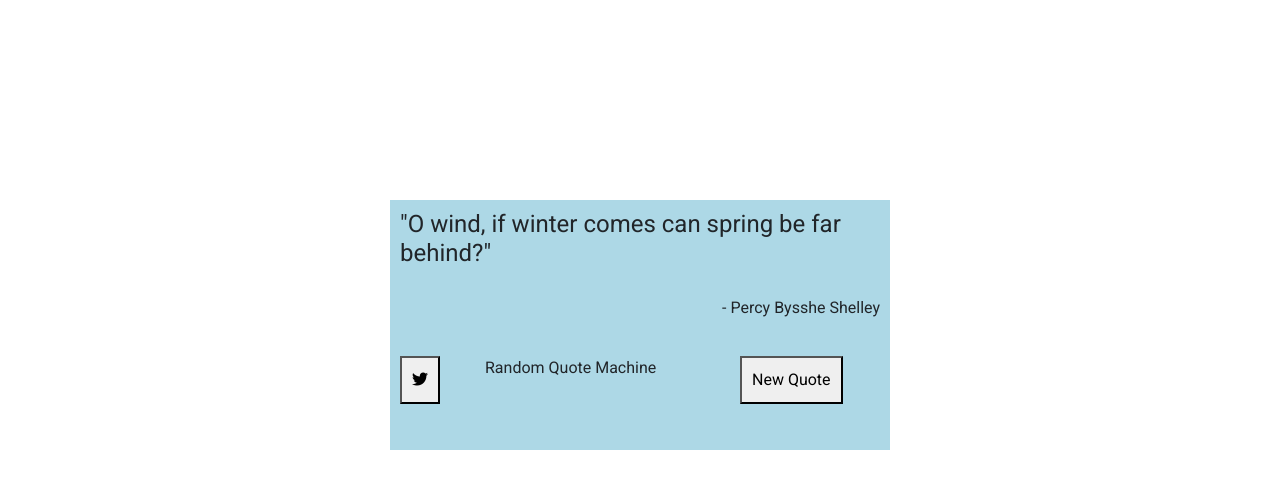
Repository: derektypist/random-quote-machine
Page: index.html
The author's editor kept a record of every edit. The page is drawn from the files as they stood at one moment, then again after the next edit.
The browser window is 1280 px wide. The pictures show the whole page.
Some web libraries are served in a nearby version.

Above is the page before.

### index.html
<!DOCTYPE html>
<html lang="en">

<head>
    <meta charset="UTF-8">
    <meta name="viewport" content="width=device-width, initial-scale=1.0">
    <meta http-equiv="X-UA-Compatible" content="ie=edge">
    <title>Random Quote Machine</title>
    <!-- Load Style Sheets -->
    <link rel="stylesheet" href="https://maxcdn.bootstrapcdn.com/bootstrap/4.4.1/css/bootstrap.min.css" integrity="sha384-Vkoo8x4CGsO3+Hhxv8T/Q5PaXtkKtu6ug5TOeNV6gBiFeWPGFN9MuhOf23Q9Ifjh" crossorigin="anonymous">
    <link rel="stylesheet" href="https://use.fontawesome.com/releases/v5.8.1/css/all.css" integrity="sha384-50oBUHEmvpQ+1lW4y57PTFmhCaXp0ML5d60M1M7uH2+nqUivzIebhndOJK28anvf" crossorigin="anonymous">
    <link href="https://fonts.googleapis.com/css?family=Roboto&display=swap" rel="stylesheet">
    <style>
        /* Quote Box */

        #quote-box {
            font-family: "Roboto", Arial, Verdana, sans-serif;
            background-color: lightblue;
            display: block;
            position: relative;
            top: 200px;
            height: 250px;
            width: 500px;
            margin: auto;

        }

        #text {
            padding: 10px;
        }

        #author {
            text-align: right;
            padding: 10px;
        }

        #my-buttons {
            padding: 10px;
        }

        #tweet-quote button {
            text-align: center;
            padding: 10px;

        }

        #tweet-quote:hover button {
            background-color: orange;
        }

        #new-quote {
            padding: 10px;
        }
    </style>

    <!-- Load Scripts -->
    <script src="https://ajax.googleapis.com/ajax/libs/jquery/3.4.1/jquery.min.js"></script>
    <script>
        // Define Function for New Quote
        function displayNewQuote() {
            // Set Up Random Index

            let randomIndex = Math.floor(Math.random() * 13);

            // Set Up Constants

            const possibleText = ["&quotHope smiles from the threshold of the year to come whispering.  It will be happier.&quot",
                "&quotO wind, if winter comes can spring be far behind?&quot",
                "&quotSpring is nature's way of saying 'Let's Party'&quot",
                "&quotSweet April showers do spring May Flowers.&quot",
                "&quotAs full of spirit as the month of May, and as gorgeous as the sun in Midsummer.&quot",
                "&quotThere are two seasons in Scotland: June and Winter.&quot",
                "&quotPeople don't notice whether it's winter or summer when they're happy.&quot",
                "&quotSummer Afternoon---summer afternoon; to me those have always been the first two beautiful words in the English Language.&quot",
                "&quotAutumn is a second spring when every leaf is a flower.&quot",
                "&quotIn seed time learn, in harvest teach, in winter enjoy.&quot",
                "&quotWinter is the time for comfort, for good food and warmth, for the touch of a friendly hand and a talk beside the fire: it is time for home.&quot",
                "&quotThank you for your kind words.&quot",
                "&quotIt looks as though you had a great time Derek.&quot"
            ];
            const text = possibleText[randomIndex];
            const possibleAuthors = ["Alfred Lord Tennyson",
                "Percy Bysshe Shelley",
                "Robin Williams",
                "Thomas Tusser",
                "William Shakespeare",
                "Billy Connolly",
                "Anton Chekhov",
                "Henry James",
                "Albert Camus",
                "William Blake",
                "Edith Sitwell",
                "Daphne Pink",
                "Andrea Harrison"
            ];
            const author = possibleAuthors[randomIndex];


            // Display Text (Quote) and Author
            $("#text").html(`<h4>${text}</h4>`);
            $("#author").html(`<p>- ${author}</p>`);


            // Set Up Tweet Quote
            let tweetQuote = text + " " + author;
            $("#tweet-quote").html(
                `<a href="https://twitter.com/intent/tweet?hashtags=quotes${tweetQuote}" target="_blank" title="Tweet">
                    <button type="button">
                        <i class="fab fa-twitter"></i>
                    </button>
                </a>`
            );
        }




        $(document).ready(displayNewQuote);
    </script>

</head>

<body>
    <!-- Set Up Quote Box with Text and Author -->
    <article id="quote-box">
        <article id="text">
        </article>
        <article id="author">
        </article>
        <!-- Set Up Row -->
        <article class="row" id="my-buttons">
            <article class="col-sm-2" id="tweet-quote">
            </article>

            <article class="col-sm-6">
                <!-- Display Title (Random Quote Machine) -->
                <p>Random Quote Machine</p>
            </article>

            <article class="col-sm-4">
                <!-- Set Up New Quote Button -->
                <button onclick="displayNewQuote()" title="New Quote" id="new-quote">New Quote</button>
            </article>

        </article>



    </article>



</body>

</html>

After the next edit:
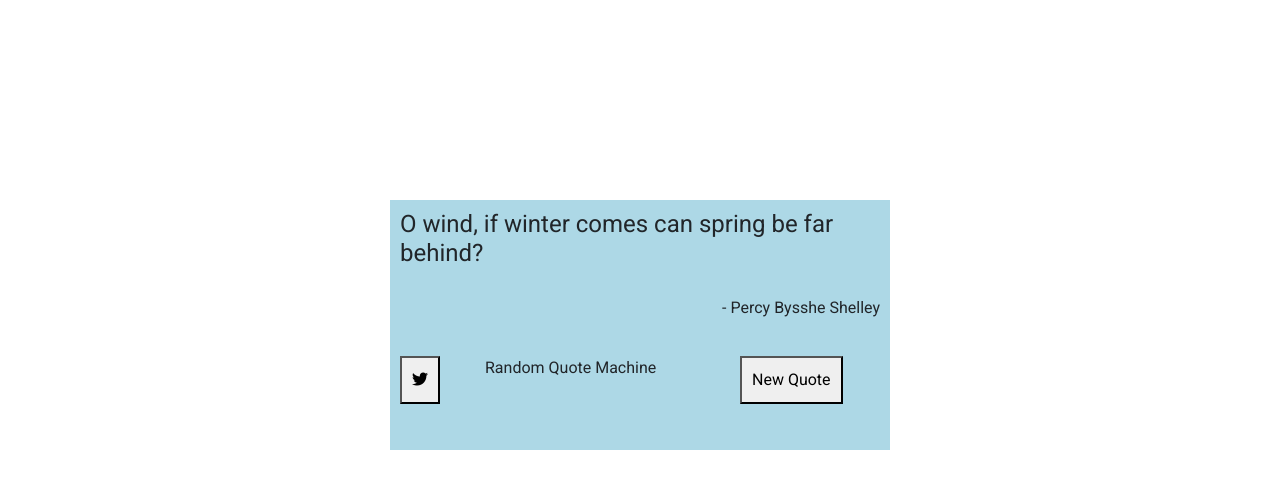
The edit:
--- a/index.html
+++ b/index.html
@@ -64,19 +64,19 @@
 
             // Set Up Constants
 
-            const possibleText = ["&quotHope smiles from the threshold of the year to come whispering.  It will be happier.&quot",
-                "&quotO wind, if winter comes can spring be far behind?&quot",
-                "&quotSpring is nature's way of saying 'Let's Party'&quot",
-                "&quotSweet April showers do spring May Flowers.&quot",
-                "&quotAs full of spirit as the month of May, and as gorgeous as the sun in Midsummer.&quot",
-                "&quotThere are two seasons in Scotland: June and Winter.&quot",
-                "&quotPeople don't notice whether it's winter or summer when they're happy.&quot",
-                "&quotSummer Afternoon---summer afternoon; to me those have always been the first two beautiful words in the English Language.&quot",
-                "&quotAutumn is a second spring when every leaf is a flower.&quot",
-                "&quotIn seed time learn, in harvest teach, in winter enjoy.&quot",
-                "&quotWinter is the time for comfort, for good food and warmth, for the touch of a friendly hand and a talk beside the fire: it is time for home.&quot",
-                "&quotThank you for your kind words.&quot",
-                "&quotIt looks as though you had a great time Derek.&quot"
+            const possibleText = ["Hope smiles from the threshold of the year to come whispering.  It will be happier.",
+                "O wind, if winter comes can spring be far behind?",
+                "Spring is nature's way of saying 'Let's Party'",
+                "Sweet April showers do spring May Flowers.",
+                "As full of spirit as the month of May, and as gorgeous as the sun in Midsummer.",
+                "There are two seasons in Scotland: June and Winter.",
+                "People don't notice whether it's winter or summer when they're happy.",
+                "Summer Afternoon---summer afternoon; to me those have always been the first two beautiful words in the English Language.",
+                "Autumn is a second spring when every leaf is a flower.",
+                "In seed time learn, in harvest teach, in winter enjoy.",
+                "Winter is the time for comfort, for good food and warmth, for the touch of a friendly hand and a talk beside the fire: it is time for home.",
+                "Thank you for your kind words.",
+                "It looks as though you had a great time Derek."
             ];
             const text = possibleText[randomIndex];
             const possibleAuthors = ["Alfred Lord Tennyson",

After the edit that followed:
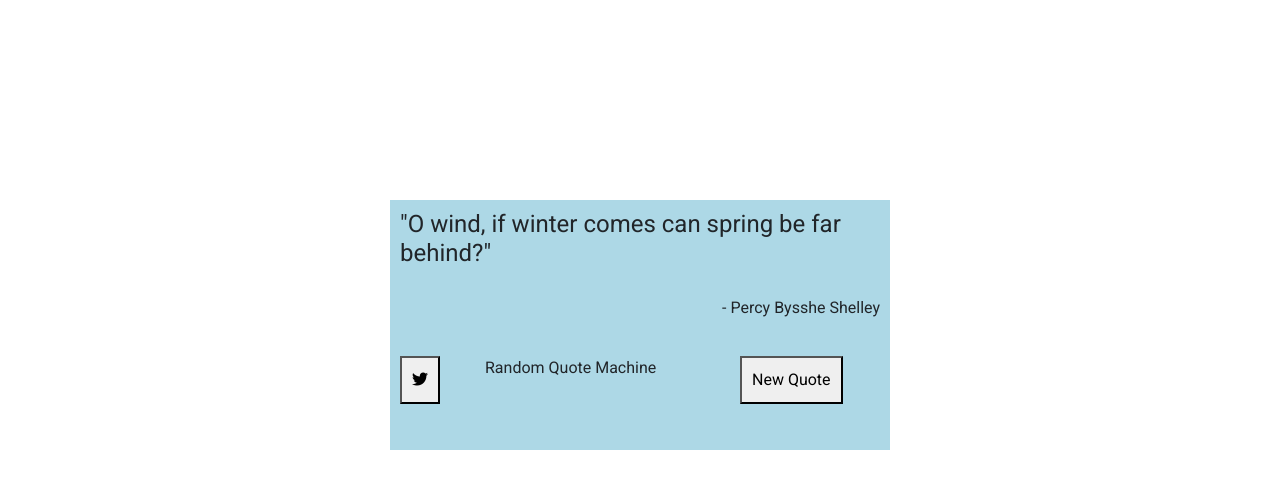
The edit:
--- a/index.html
+++ b/index.html
@@ -97,7 +97,7 @@
 
 
             // Display Text (Quote) and Author
-            $("#text").html(`<h4>${text}</h4>`);
+            $("#text").html(`<h4>&quot${text}&quot</h4>`);
             $("#author").html(`<p>- ${author}</p>`);
 
 
